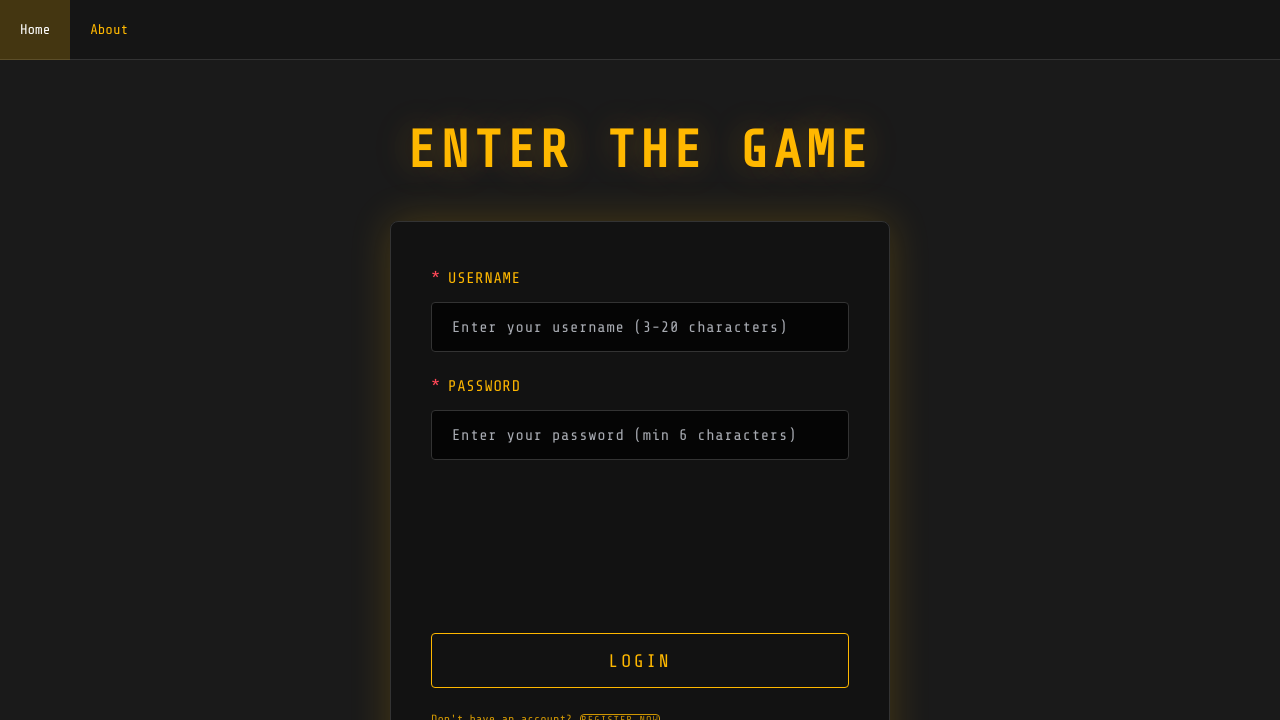
Repository: qqqq121114/se_417
Page: /login (app in client/)
These files come from the project's save history. The page is drawn as it stood at one moment and after the next save; the edit follows.
The browser window is 1280 px wide. The pictures show the whole page.
An inner scrolling area shows only its first screen. The project was rebuilt for these pictures with package versions that can differ from the ones it lists, and the page was loaded fresh each time. Also part of the build but not shown: client/vite.config.js, client/src/views/Home.vue.

Above is the page before, as saved 2024-12-08 13:12:07.

After the next save:
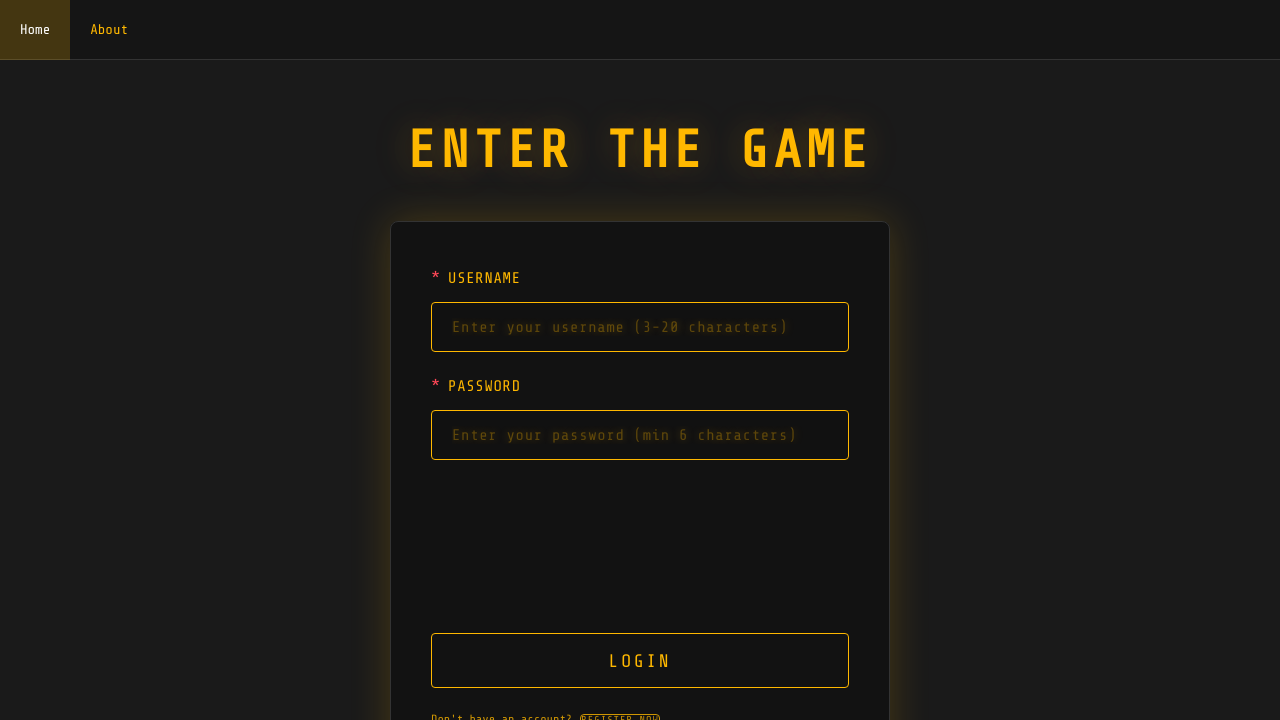
Saved 110 s later.
--- a/client/src/views/Login.vue
+++ b/client/src/views/Login.vue
@@ -185,11 +185,12 @@ const submitForm = async () => {
   background: transparent !important;
   box-shadow: none !important;
   padding: 0 !important;
+  border: none !important;
 }
 
 :deep(.el-input__inner) {
-  background: rgba(0, 0, 0, 0.7) !important;
-  border: 1px solid #333 !important;
+  background: rgba(18, 18, 18, 0.95) !important;
+  border: 1px solid var(--cyber-text) !important;
   color: var(--cyber-text) !important;
   font-family: 'Share Tech Mono', monospace;
   height: 50px;
@@ -198,16 +199,76 @@ const submitForm = async () => {
   letter-spacing: 0.05em;
   transition: all 0.3s ease;
   border-radius: 4px;
+  caret-color: var(--cyber-text);
+  text-shadow: 0 0 10px rgba(255, 184, 0, 0.3);
+}
+
+:deep(.el-input__inner::placeholder) {
+  color: rgba(255, 184, 0, 0.3) !important;
+  font-family: 'Share Tech Mono', monospace;
+  letter-spacing: 0.05em;
 }
 
 :deep(.el-input__inner:hover) {
   border-color: var(--cyber-text) !important;
   box-shadow: 0 0 15px var(--cyber-glow) !important;
+  background: rgba(26, 26, 26, 0.95) !important;
 }
 
 :deep(.el-input__inner:focus) {
   border-color: var(--cyber-text) !important;
   box-shadow: 0 0 25px var(--cyber-glow) !important;
+  background: rgba(26, 26, 26, 0.95) !important;
+  animation: inputPulse 1.5s infinite;
+}
+
+@keyframes inputPulse {
+  0% {
+    box-shadow: 0 0 25px var(--cyber-glow);
+  }
+  50% {
+    box-shadow: 0 0 35px var(--cyber-glow);
+  }
+  100% {
+    box-shadow: 0 0 25px var(--cyber-glow);
+  }
+}
+
+:deep(.el-input__suffix) {
+  right: 15px !important;
+}
+
+:deep(.el-input__suffix-inner) {
+  color: var(--cyber-text) !important;
+  opacity: 0.8;
+  transition: all 0.3s ease;
+}
+
+:deep(.el-input__suffix-inner:hover) {
+  opacity: 1;
+  text-shadow: 0 0 10px var(--cyber-glow);
+}
+
+:deep(.el-input.is-focus .el-input__wrapper) {
+  box-shadow: none !important;
+}
+
+:deep(.el-form-item.is-error .el-input__inner) {
+  border-color: #ff4757 !important;
+  box-shadow: 0 0 15px rgba(255, 71, 87, 0.4) !important;
+  animation: errorPulse 1.5s infinite;
+}
+
+@keyframes errorPulse {
+  0% {
+    box-shadow: 0 0 15px rgba(255, 71, 87, 0.4);
+  }
+  50% {
+    box-shadow: 0 0 25px rgba(255, 71, 87, 0.6);
+  }
+  100% {
+    box-shadow: 0 0 15px rgba(255, 71, 87, 0.4);
+  }
 }
 
 .button-container {
